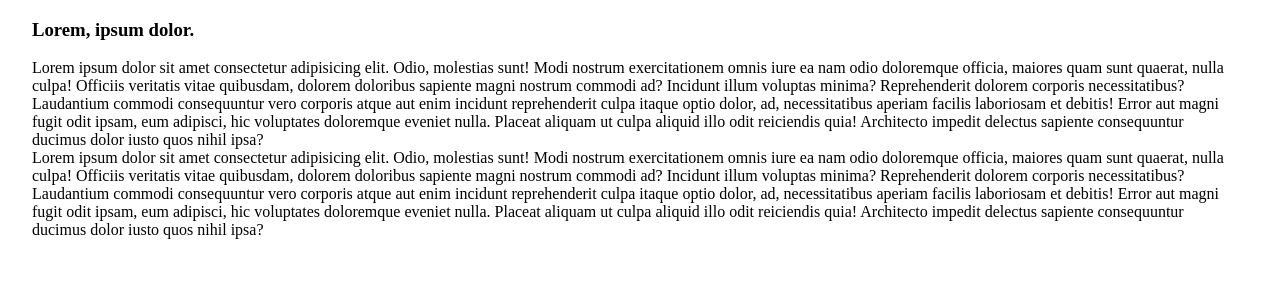
Repository: dinhhaidh/slider-book
Page: index.html
These files come from the project's save history. The page is drawn as it stood at one moment and after the next save; the edit follows.
The browser window is 1280 px wide. The pictures show the whole page.

Above is the page before, as saved 2024-01-15 09:41:42.

After the next save:
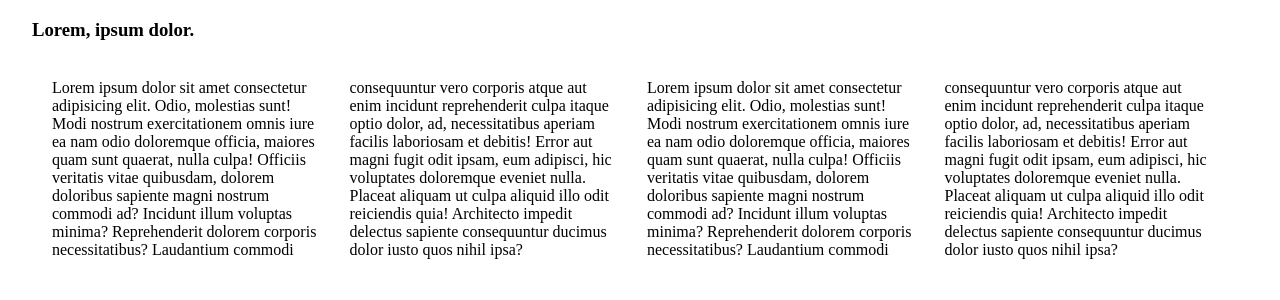
Saved 67 s later.
--- a/index.html
+++ b/index.html
@@ -10,11 +10,11 @@
         max-width: 1200px;
         padding-inline:  1.5rem;
     }
-    /* .content{
+    .content{
         columns: 200px 4;
         column-gap: 30px;
         padding: 20px;
-    } */
+    }
 
     .title{
         column-span: all;
